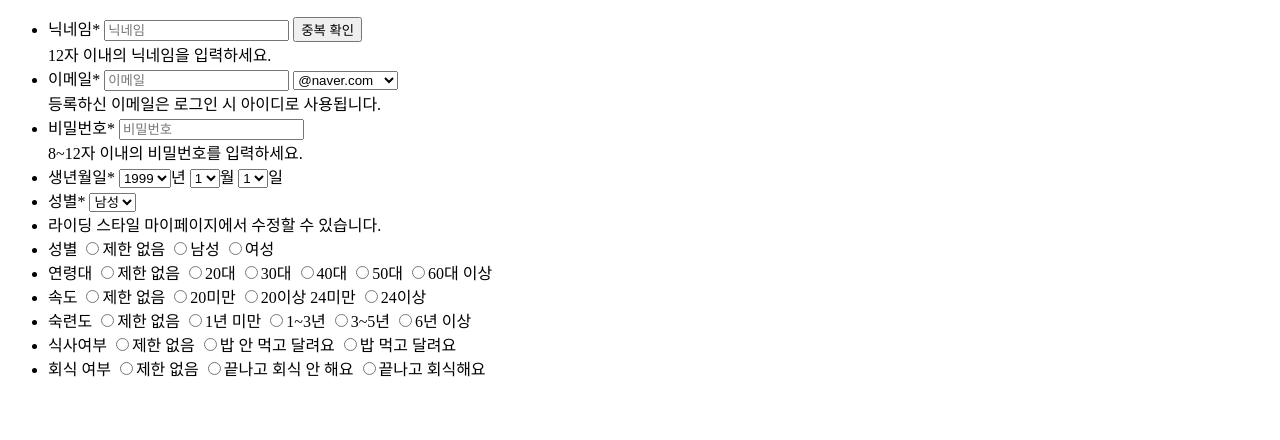
Repository: onpul/TEAM1
Page: http://localhost/Riding/mj/JoinForm.jsp
The author's editor kept a copy of each file at every save. The page is drawn from the files as they stood at one save, then again after the next save.
The browser window is 1280 px wide. The pictures show the whole page.
The page is served by Tomcat 9. Other server files are loaded and not shown.

Above is the page before, as saved 2022-06-04 09:49:25.

### Riding/WebContent/mj/JoinForm.jsp
<%@page import="org.apache.jasper.tagplugins.jstl.core.ForEach"%>
<%@ page contentType="text/html; charset=UTF-8"%>
<%
	request.setCharacterEncoding("UTF-8");
	String cp = request.getContextPath();
%>
<!DOCTYPE html>
<html>
<head>
<meta charset="UTF-8">
<title>JoinForm.jsp</title>
</head>
<body>

<div>
	<form action="">
		<ul>
			<li>닉네임* <input type="text" placeholder="닉네임"/> <button type="button">중복 확인</button></li>
			12자 이내의 닉네임을 입력하세요.
			<li>이메일* <input type="text" placeholder="이메일"/></textarea>
						<select name="" id="">
							<option value="네이버">@naver.com</option>
							<option value="구글">@google.com</option>
							<option value="네이트">@nate.com</option>
						</select>
			</li>
			<span>등록하신 이메일은 로그인 시 아이디로 사용됩니다.</span>
			<li>비밀번호* <input type="password" placeholder="비밀번호"/></li>
			8~12자 이내의 비밀번호를 입력하세요.
			<li>생년월일*
				<select name="birthyear" id="birthyear">
					<option value="year">1999</option>
					<option value="year">2000</option>
					<option value="year">2001</option>
				</select>년
				<select name="birthmonth" id="birthmonth">
					<option value="month">1</option>
					<option value="month">2</option>
					<option value="month">3</option>
				</select>월
				<select name="birthday" id="birthday">
					<option value="day">1</option>
					<option value="day">2</option>
					<option value="day">3</option>
				</select>일
			</li>
			<li>성별*
				<select name="gender" id="gender">
					<option value="male">남성</option>
					<option value="female">여성</option>
				</select>
			</li>
			<li>라이딩 스타일 <span>마이페이지에서 수정할 수 있습니다.</span></li>
			<li>성별
				<input type="radio" name="gender" value="nolimit"/>제한 없음
				<input type="radio" name="gender" value="male"/>남성
				<input type="radio" name="gender" value="female"/>여성
			</li>
			<li>연령대
				<input type="radio" name="age" value="nolimit"/>제한 없음
				<input type="radio" name="age" value="20"/>20대
				<input type="radio" name="age" value="30"/>30대
				<input type="radio" name="age" value="40"/>40대
				<input type="radio" name="age" value="50"/>50대
				<input type="radio" name="age" value="60"/>60대 이상
			</li>
			<li>속도
				<input type="radio" name="speed" value="nolimit"/>제한 없음
				<input type="radio" name="speed" value="20미만"/>20미만
				<input type="radio" name="speed" value="20이상 24미만"/>20이상 24미만
				<input type="radio" name="speed" value="24이상"/>24이상
			</li>
			<li>숙련도
				<input type="radio" name="step" value="nolimit"/>제한 없음
				<input type="radio" name="step" value="1년 미만" />1년 미만
				<input type="radio" name="step" value="1~3년" />1~3년
				<input type="radio" name="step" value="3~5년" />3~5년
				<input type="radio" name="step" value="6년 이상" />6년 이상
			</li>
			<li>식사여부
				<input type="radio" name="eat" value="nolimit"/>제한 없음
				<input type="radio" name="eat" value="밥 안 먹고 달려요"/>밥 안 먹고 달려요
				<input type="radio" name="eat" value="밥 먹고 달려요"/>밥 먹고 달려요
			</li>
			<li>회식 여부
				<input type="radio" name="dinning" value="nolimit"/>제한 없음
				<input type="radio" name="dinning" value="끝나고 회식 안 해요"/>끝나고 회식 안 해요
				<input type="radio" name="dinning" value="끝나고 회식해요"/>끝나고 회식해요
			</li>
		</ul>
	</form>
</div>

</body>
</html>

After the next save:
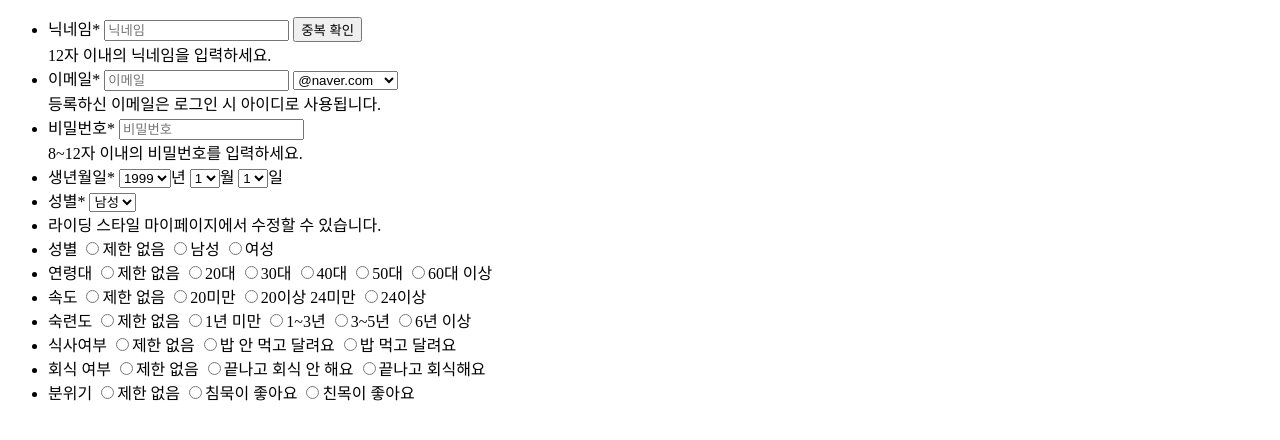
Saved 52 s later.
--- a/Riding/WebContent/mj/JoinForm.jsp
+++ b/Riding/WebContent/mj/JoinForm.jsp
@@ -87,6 +87,11 @@
 				<input type="radio" name="dinning" value="끝나고 회식 안 해요"/>끝나고 회식 안 해요
 				<input type="radio" name="dinning" value="끝나고 회식해요"/>끝나고 회식해요
 			</li>
+			<li>분위기
+				<input type="radio" name="mood" value="nolimt"/>제한 없음
+				<input type="radio" name="mood" value="침묵이 좋아요"/>침묵이 좋아요
+				<input type="radio" name="mood" value="친목이 좋아요"/>친목이 좋아요
+			</li>
 		</ul>
 	</form>
 </div>
